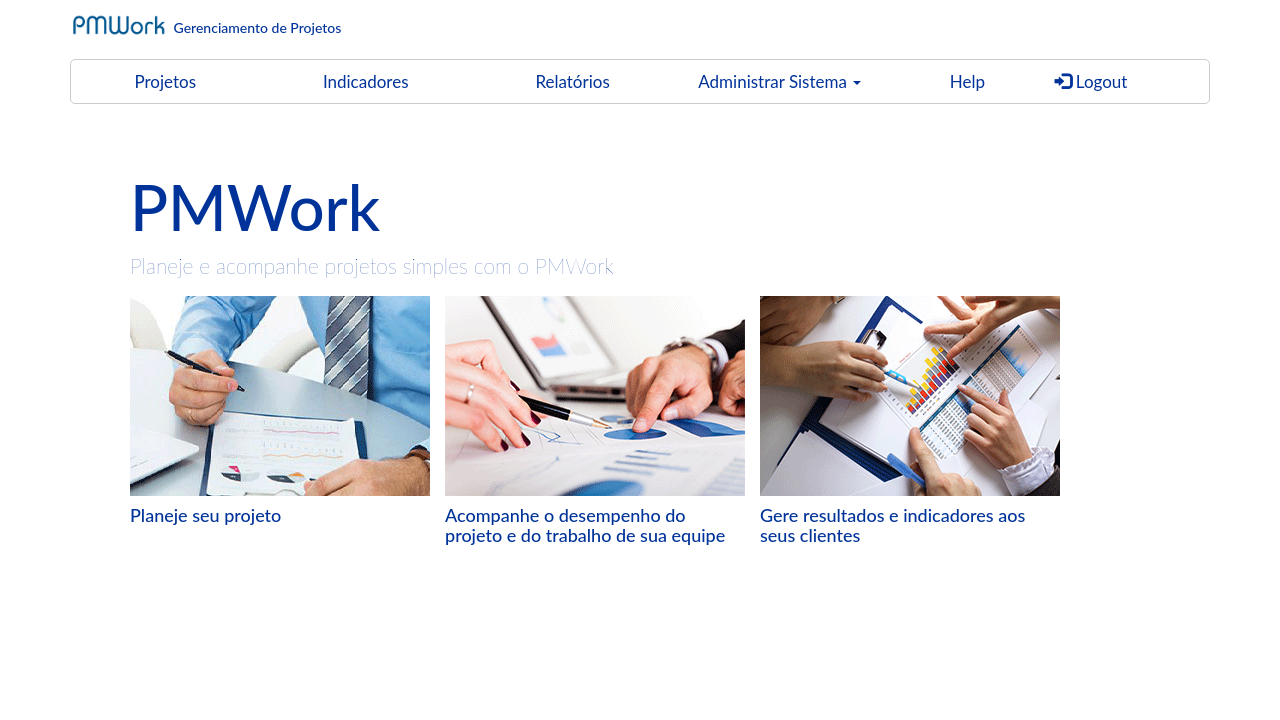
Repository: paulopml/pmwork-management
Page: http://localhost/pmwork/help.jsp
An editor plug-in stored every save of this project. The page is shown before and after the next save, followed by the edit.
The browser window is 1280 px wide. The pictures show the whole page.
The page is served by Tomcat 9. Nobody is signed in. The application's start-up code is not run. Other server files are loaded and not shown. The template is opened directly, without the code that normally fills it, so the values that code supplies are empty.

Above is the page before, as saved 2016-11-02 14:24:33.

### pmwork/src/main/webapp/help.jsp
<%@ page language="java" contentType="text/html; charset=UTF-8" pageEncoding="UTF-8"%>
<%@ taglib prefix="c" uri="http://java.sun.com/jsp/jstl/core"%>
<%@ taglib prefix="fmt" uri="http://java.sun.com/jsp/jstl/fmt"%>
<%@ taglib prefix="spring" uri="http://www.springframework.org/tags"%>
<%@ taglib prefix="form" uri="http://www.springframework.org/tags/form"%>

<!DOCTYPE html>
<jsp:include page="/WEB-INF/fragments/header.jsp" />
		<main>
			<div class="container">
				<div class="row">
					<div class="col-lg-12">
						<div class="jumbotron">
							<h1>PMWork</h1>
							<p>Planeje e acompanhe projetos simples com o PMWork</p>
							<div id=image-home>
								<div id="planning" class="img-home">
									<img src="${path}/static/bootstrap/img/planning.png"/>
									<h4>Planeje seu projeto</h4>
								</div>
								<div id="meeting" class="img-home">
									<img src="${path}/static/bootstrap/img/meeting.png"/>
									<h4>Acompanhe o desempenho do projeto e do trabalho de sua equipe</h4>
								</div>
								<div id="result" class="img-home">
									<img src="${path}/static/bootstrap/img/result.png"/>
									<h4>Gere resultados e indicadores aos seus clientes</h4>
								</div>
							</div>
						</div>
					</div>
				</div>
			</div>
		</main>
		<script type="text/javascript" src="${path}/static/js/jquery-2.2.3.min.js"></script>
		<script type="text/javascript" src="${path}/static/bootstrap/js/bootstrap.min.js"></script>
		<script type="text/javascript" src="${path}/static/bootstrap/js/jquery.mask.js"></script>
		<script type="text/javascript" src="${path}/static/bootstrap/js/bootstrap-select.js"></script>
		<script type="text/javascript" src="${path}/static/bootstrap/js/functions.js"></script>
	</body>
</html>

### pmwork/src/main/webapp/WEB-INF/fragments/header.jsp
<%@ page language="java" contentType="text/html; charset=UTF-8" pageEncoding="UTF-8"%>
<%@ taglib prefix="c" uri="http://java.sun.com/jsp/jstl/core"%>
<%@ taglib prefix="fmt" uri="http://java.sun.com/jsp/jstl/fmt"%>
<%@ taglib prefix="spring" uri="http://www.springframework.org/tags"%>
<%@ taglib prefix="form" uri="http://www.springframework.org/tags/form"%>

<html lang="pt-br">
		<head>
			<meta http-equiv="Content-Type" content="text/html; charset=UTF-8">
			<meta http-equiv="X-UA-Compatible" content="IE=edge">
			<meta name="viewport" content="width=device-width, initial-scale=1">
			<title>${titulo}</title>
			<c:set var="path" value="${pageContext.request.contextPath}" scope="request" />
		 	<style type="text/css">
				@IMPORT url("${path}/static/bootstrap/css/bootstrap.min.css");
				@IMPORT url("${path}/static/bootstrap/css/style.css");
			</style>
		</head>
		<body>
			<header>
				<div class="container">
					<h5>
						<a href="/pmwork/app/home"><img src="${path}/static/bootstrap/img/logo_on_transparent_254x75.png"  class="logo-home"/></a>
							Gerenciamento de Projetos
					</h5>
					<div class="masthead" id="bs-example-navbar-collapse-1">
						<ul class="nav nav-justified">
							<li><a href="/pmwork/app/projetos">Projetos</a></li>
							<li><a href="/pmwork/app/indicador">Indicadores</a></li>
							<li><a href="/pmwork/app/relatorio">Relatórios</a></li>
							<li class="dropdown">
								<a href="#" class="dropdown-toggle" data-toggle="dropdown" role="button" aria-haspopup="true" aria-expanded="false">Administrar Sistema <span class="caret"></span></a>
								<ul class="dropdown-menu">
									<li><a href="/pmwork/app/cadastrocolaborador">Cadastrar colaborador</a></li>
									<li role="separator" class="divider"></li>
									<li><a href="/pmwork/app/controleacesso">Controle de acesso</a></li>
								</ul>
							</li>
							<li><a href="/pmwork/app/help">Help</a></li>
							<li>
								<form action="${path}/sair" method="post">
									<button type="submit" id="bt-sair"><span class="glyphicon glyphicon-log-in"></span> Logout</button>
									<input type="hidden" name="_csrf" value="${_csrf.token}">
								</form>
							</li>
						</ul>
					</div>
				</div>
		</header>

### pmwork/src/main/webapp/static/bootstrap/css/style.css
/* LOGIN */
.pagelogin{
	background: #ECF0F5;
}

.wrapper {
	margin-top: 80px;
	margin-bottom: 80px;
}

.form-signin {
	max-width: 380px;
	padding: 15px 35px 45px;
	margin: 0 auto;
	background-color: #fff;
	border: 1px solid rgba(0, 0, 0, 0.1);
}
.form-signin .form-signin-heading,
.form-signin .checkbox {
	margin-bottom: 30px;
}
.form-signin .checkbox {
	margin-left: 20px;
	font-weight: normal;
}
.form-signin .form-control {
	position: relative;
	font-size: 16px;
	height: auto;
	padding: 10px;
	-webkit-box-sizing: border-box;
	-moz-box-sizing: border-box;
	box-sizing: border-box;
}
.form-signin .form-control:focus {
	z-index: 2;
}
.form-signin input[type="text"] {
	margin-bottom: -1px;
	border-bottom-left-radius: 0;
	border-bottom-right-radius: 0;
}
.form-signin input[type="password"] {
	margin-bottom: 20px;
	border-top-left-radius: 0;
	border-top-right-radius: 0;
}



/* ======= SETTINGS ======= */
body{
	background: #fff;
	font-family: 'Lato', sans-serif;
}

*:focus {
    outline: none;
}

.heading{
	color: #039be5;
	font-weight: 400;
}
p{
	font-size: 18px;
	font-weight: 300;
	color: #003399;
}
.intro-page{
	margin: 0 0 35px 0;
}

.navbar{
	margin: 0;
}


/* ======= BREADCRUMB ======= */
header{

}
h4,h5{
	color: #003399;
}
h1, h1.heading{
	color: #003399;
}

img.logo-home{
	  margin-bottom: 9px;
}
ul.nav.nav-justified{
	border: 0.5px solid #ccc;
	border-radius: 5px;
	height: 45px;
	font-size: 17px
}

a{
	color: #003399;
}

.breadcrumb{
	padding: 8px 15px 8px 0px;
	margin-bottom: 0;
	list-style: none;
	background-color: rgba(0, 0, 0, 0);
	border-radius: 0;
	border: 0.5px solid #ccc;
}
#bt-sair{
	color: #003399;
	border-style: none;
    background-color: white;
}

/* ======= FORMS ======= */
.filter .form-control{
	border: 0;
    box-shadow: none;
}
label{
	display: block;
	font-weight: 400;
}
form legend i{
	font-size: 17px;
	margin-right: 10px;
}
div.jumbotron{
	height: 480px;
	color: #003399;
	background-color: white;
}
.group{
	margin-bottom: 20px;
}

.text-right .btn{
	margin-left: 20px;
}
.filter{
	background: #ECF0F5;
    margin-bottom: 30px;
	padding: 30px 0;
}

.bootstrap-select > .dropdown-toggle{
	border: 0;
}






/* ======= TABLE ======= */
table {
	position: relative;
	border: 1px solid rgba(0,0,0,.12);
	border-collapse: collapse;
	white-space: nowrap;
	font-size: 13px;
	background-color: #fff;
}

table td, table th{
	padding: 12px 30px;
}
table thead {
	padding-bottom: 3px;
}
table tbody tr {
	position: relative;
	height: 48px;
	-webkit-transition-duration: .28s;
	transition-duration: .28s;
	-webkit-transition-timing-function: cubic-bezier(.4,0,.2,1);
	transition-timing-function: cubic-bezier(.4,0,.2,1);
	-webkit-transition-property: background-color;
	transition-property: background-color;
}
table td {
	position: relative;
	vertical-align: top;
	height: 48px;
	border-top: 1px solid rgba(0,0,0,.12);
	border-bottom: 1px solid rgba(0,0,0,.12);
	box-sizing: border-box;
}




/* ======= FAQ ======= */
.faq-title {
  color:#333;
  font-weight:400;
  font-size:42px;
  margin-bottom:30px;
}
.faq-title i {
  font-size:32px;
  margin-right:10px;
}
.faq-filter.affix {
  width:360px;
  top:33px;
}
.faq-filter {
  padding:0;
  margin:0;
  list-style:none;
}
.faq-filter li {
  margin-bottom:10px;
  display:block;
  position:relative;
  padding-right:15px;
}
.faq-filter li a {
  color:#219be2 !important;
}
.faq-filter li a i {
  position:absolute;
  right:-12px;
  top:20%;
  color:#219be2 !important;
}
.faq-filter li a em {
  position:absolute;
  right:-12px;
  top:20%;
  color:#219be2 !important;
}
.faq-container {
  border-bottom:1px solid #ccc;
  padding-bottom:20px;
  margin-bottom:30px;
}
.faq-container h3 {
  font-weight:400;
  padding:0;
  margin:0 0 20px 0;
  color:#219be2;
  font-size:24px;
}
.faq-container p {
  color:#777;
  font-size:16px;
}
.logo-home{
	width: 100px;
}
.logo-login{
	margin-left: 450px;
}
.img-home{
	margin-right: 15px; width: 300px; float: left;
}
.check-10{
	margin-left: 10px;
}
.permission-column{
	padding-right: 0px;
}

/* ======= Indicadores ======= */

fieldset.row{
   margin-left: 10px;
}

div.text-right{
	margin-right: 10px;
}
/* ======= controle de acesso ======= */
div.modal-content{
    width: 897px;
}
/* ======= modal cadastro projetos ======= */
.md-equipe-pj{
  margin-left: 15px;
}

### pmwork/src/main/webapp/static/bootstrap/js/functions.js
$(document).ready(function(){
  $('.data').mask('00/00/0000');
  $('.hpra').mask('00:00:00');
  $('.data_hora').mask('00/00/0000 00:00:00');
  $('.cep').mask('00.000-000');
  $('.celular').mask('0 0000-0000');
  $('.telefone').mask('(00) 0000-0000');
  $('.cpf').mask('000.000.000-00', {reverse: true});
  $('.money').mask('000.000.000.000.000,00', {reverse: true});


  $('.selectpicker').selectpicker();
});

Loaded but not shown: pmwork/src/main/webapp/static/bootstrap/css/bootstrap.min.css (library); pmwork/src/main/webapp/static/js/jquery-2.2.3.min.js (library); pmwork/src/main/webapp/static/bootstrap/js/bootstrap.min.js (library); pmwork/src/main/webapp/static/bootstrap/js/jquery.mask.js (library); pmwork/src/main/webapp/static/bootstrap/js/bootstrap-select.js (library)

After the next save:
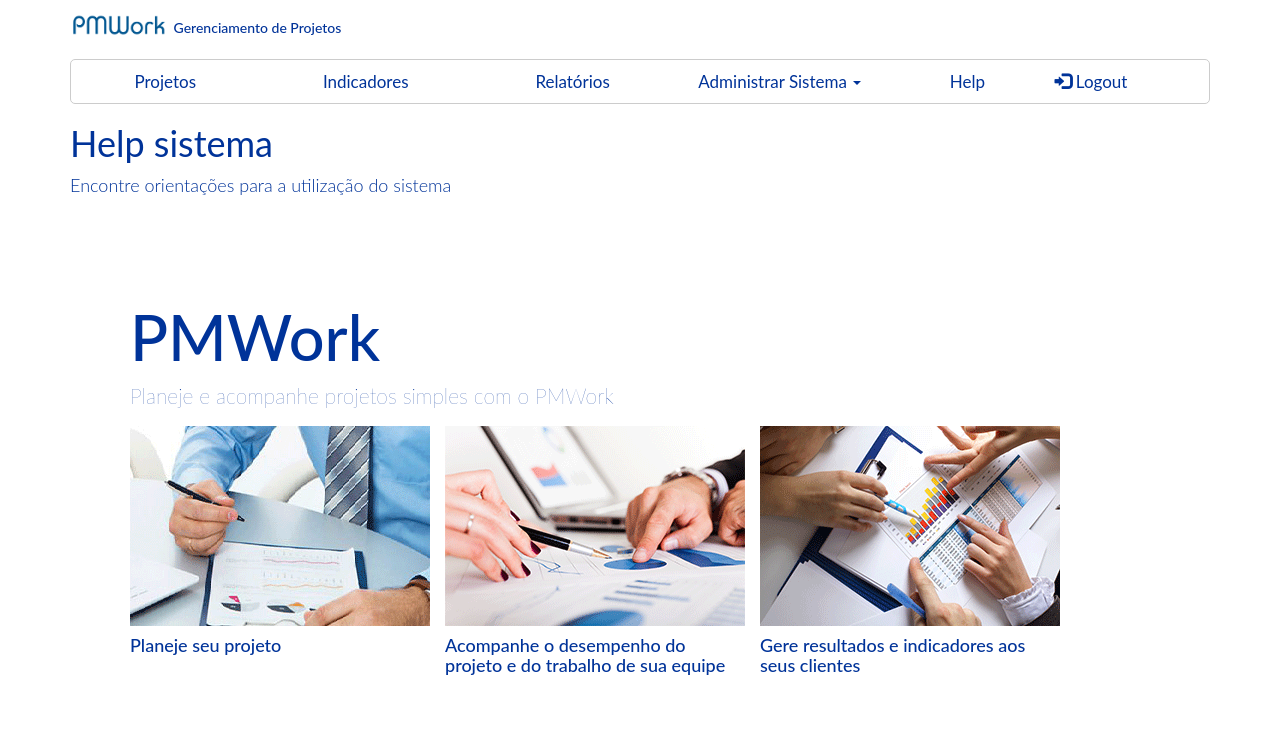
Saved 9 h 53 min later.
--- a/pmwork/src/main/webapp/help.jsp
+++ b/pmwork/src/main/webapp/help.jsp
@@ -7,6 +7,18 @@
 <!DOCTYPE html>
 <jsp:include page="/WEB-INF/fragments/header.jsp" />
 		<main>
+			<section>
+				<div class="container">
+					<div class="row">
+						<div class="col-lg-12">
+							<section class="intro-page">
+								<h1 class="heading">Help sistema</h1>
+								<p>Encontre orientações para a utilização do sistema</p>
+							</section>
+						</div>
+					</div>
+				</div>
+			</section>
 			<div class="container">
 				<div class="row">
 					<div class="col-lg-12">
